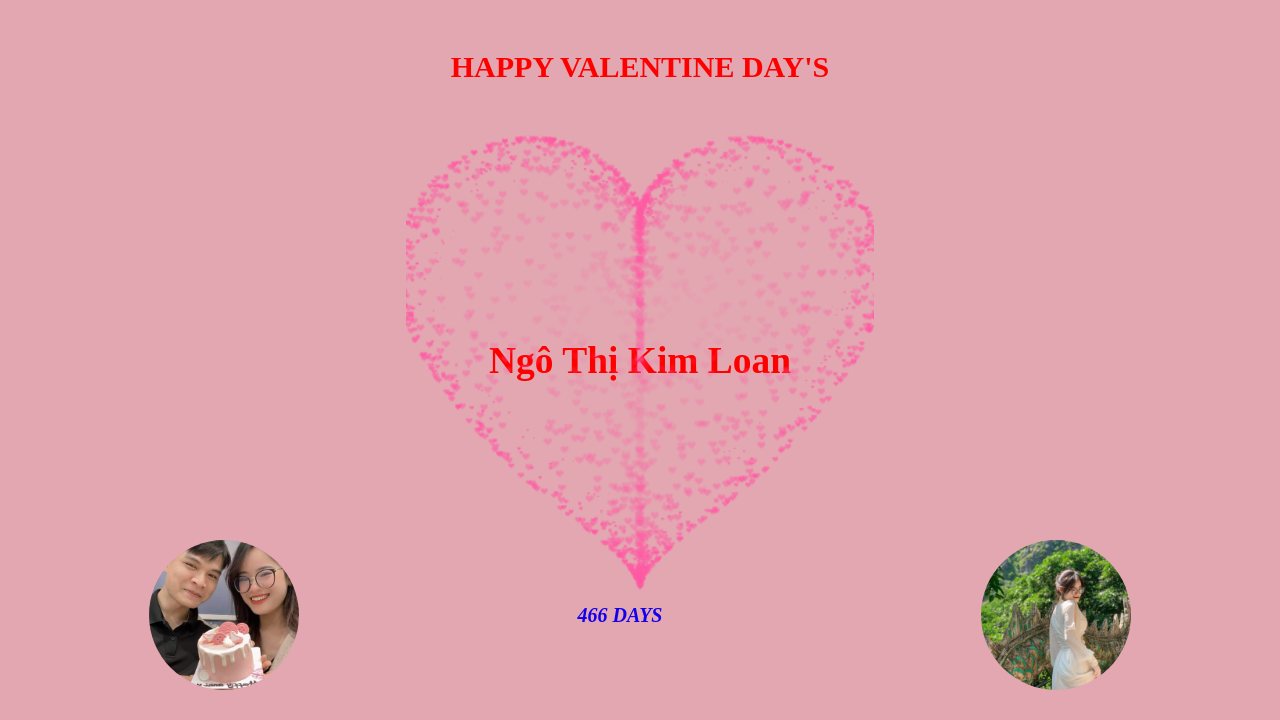
Repository: congbnvn0709/happy-valentine
Page: index.html
An editor plug-in stored every save of this project. The page is shown before and after the next save, followed by the edit.
The browser window is 1280 px wide. The pictures show the whole page.

Above is the page before, as saved 2023-01-30 23:49:20.

### index.html
<!DOCTYPE html PUBLIC "-//W3C//DTD HTML 4.0 Transitional//EN">
<html>
  <head>
    <title>Happy valentine day's</title>
    <meta name="Generator" content="EditPlus" />
    <meta name="Author" content="" />
    <meta name="Keywords" content="" />
    <meta name="Description" content="" />
    <link rel="stylesheet" type="text/css" href="style.css" />
  </head>

  <body>
    <p class="title">HAPPY VALENTINE DAY'S</p>
    <h1>Ngô Thị Kim Loan</h1>

    <div class="box">
      <canvas id="pinkboard"></canvas>
    </div>
    <div class="image">
        <img class="image1" src="./person1.jpg" alt="" srcset="">
        <em class="date">466 DAYS</em>
        <img class="image1" src="./person2.jpg" alt="" srcset="">
    </div>
    <script src="app.js"></script>
  </body>
</html>

### style.css
html,
body {
  height: 100%;
  padding: 0;
  margin: 0;
  background: rgb(227, 167, 177);
  display: flex;
  justify-content: center;
  align-items: center;
}

h1 {
  color: red;
}

.box {
  width: 100%;
  position: absolute;
  top: 50%;
  left: 50%;
  transform: translate(-50%, -50%);
  display: flex;
  flex-direction: column;
}

canvas {
  position: absolute;
  width: 100%;
  height: 100%;
}

#pinkboard {
  position: relative;
  margin: auto;
  height: 400px;
  width: 400px;
  animation: animate 2s infinite;
}

h1 {
  animation: animate 2s infinite;
}

#pinkboard:before,
#pinkboard:after {
  content: "";

  position: absolute;

  background: #ff5ca4;

  width: 100px;

  height: 160px;

  border-top-left-radius: 50px;

  border-top-right-radius: 50px;
}

#pinkboard:before {
  left: 100px;

  transform: rotate(-45deg);

  transform-origin: 0 100%;

  box-shadow: 0 14px 28px rgba(0, 0, 0, 0.25), 0 10px 10px rgba(0, 0, 0, 0.22);
}

#pinkboard:after {
  left: 0;

  transform: rotate(45deg);

  transform-origin: 100% 100%;
}

@keyframes animate {
  0% {
    transform: scale(1);
  }

  30% {
    transform: scale(0.8);
  }

  60% {
    transform: scale(1.2);
  }

  100% {
    transform: scale(1);
  }
}

.title {
  position: absolute;
  top: 20px;
  color: red;
  font-size: 30px;
  font-weight: 700;
}
.image{
    display: flex;
    width: 100%;
    justify-content: space-around;
    position: absolute;
    bottom: 30px;
}
.image1{
    width: 150px;
    height: 150px;
    border-radius: 50%;
    object-fit: cover;
}
.date{
    color: red;
    font-size: 20px;
    font-weight: bold;
    display: flex;
    align-items: center;
    animation: pulse 3s infinite alternate,
               nudge 5s linear infinite alternate;
}

@keyframes pulse {
    0%,100%{
        color: red;
    }
    50%{
        color: blue;
    }
}
@keyframes nudge {
    0%,100%{
        transform: translate(0,0);
    }
    50%{
        transform: translate(20px,0);
    }
    100%{
        transform: translate(-20px,0);
    }
}

### app.js
var settings = {
    particles: {
      length: 2000,
      duration: 3,
      velocity: 100,
      effect: -1,
      size: 8,
    },
  };

  (function () {
    var b = 0;

    var c = ["ms", "moz", "webkit", "o"];

    for (var a = 0; a < c.length && !window.requestAnimationFrame; ++a) {
      window.requestAnimationFrame = window[c[a] + "RequestAnimationFrame"];

      window.cancelAnimationFrame =
        window[c[a] + "CancelAnimationFrame"] ||
        window[c[a] + "CancelRequestAnimationFrame"];
    }

    if (!window.requestAnimationFrame) {
      window.requestAnimationFrame = function (h, e) {
        var d = new Date().getTime();

        var f = Math.max(0, 16 - (d - b));

        var g = window.setTimeout(function () {
          h(d + f);
        }, f);

        b = d + f;

        return g;
      };
    }

    if (!window.cancelAnimationFrame) {
      window.cancelAnimationFrame = function (d) {
        clearTimeout(d);
      };
    }
  })();

  var Point = (function () {
    function Point(x, y) {
      this.x = typeof x !== "undefined" ? x : 0;

      this.y = typeof y !== "undefined" ? y : 0;
    }

    Point.prototype.clone = function () {
      return new Point(this.x, this.y);
    };

    Point.prototype.length = function (length) {
      if (typeof length == "undefined")
        return Math.sqrt(this.x * this.x + this.y * this.y);

      this.normalize();

      this.x *= length;

      this.y *= length;

      return this;
    };

    Point.prototype.normalize = function () {
      var length = this.length();

      this.x /= length;

      this.y /= length;

      return this;
    };

    return Point;
  })();

  var Particle = (function () {
    function Particle() {
      this.position = new Point();

      this.velocity = new Point();

      this.acceleration = new Point();

      this.age = 0;
    }

    Particle.prototype.initialize = function (x, y, dx, dy) {
      this.position.x = x;

      this.position.y = y;

      this.velocity.x = dx;

      this.velocity.y = dy;

      this.acceleration.x = dx * settings.particles.effect;

      this.acceleration.y = dy * settings.particles.effect;

      this.age = 0;
    };

    Particle.prototype.update = function (deltaTime) {
      this.position.x += this.velocity.x * deltaTime;

      this.position.y += this.velocity.y * deltaTime;

      this.velocity.x += this.acceleration.x * deltaTime;

      this.velocity.y += this.acceleration.y * deltaTime;

      this.age += deltaTime;
    };

    Particle.prototype.draw = function (context, image) {
      function ease(t) {
        return --t * t * t + 1;
      }

      var size = image.width * ease(this.age / settings.particles.duration);

      context.globalAlpha = 1 - this.age / settings.particles.duration;

      context.drawImage(
        image,

        this.position.x - size / 2,

        this.position.y - size / 2,

        size,

        size
      );
    };

    return Particle;
  })();

  var ParticlePool = (function () {
    var particles,
      firstActive = 0,
      firstFree = 0,
      duration = settings.particles.duration;

    function ParticlePool(length) {
      particles = new Array(length);

      for (var i = 0; i < particles.length; i++)
        particles[i] = new Particle();
    }

    ParticlePool.prototype.add = function (x, y, dx, dy) {
      particles[firstFree].initialize(x, y, dx, dy);

      firstFree++;

      if (firstFree == particles.length) firstFree = 0;

      if (firstActive == firstFree) firstActive++;

      if (firstActive == particles.length) firstActive = 0;
    };

    ParticlePool.prototype.update = function (deltaTime) {
      var i;

      if (firstActive < firstFree) {
        for (i = firstActive; i < firstFree; i++)
          particles[i].update(deltaTime);
      }

      if (firstFree < firstActive) {
        for (i = firstActive; i < particles.length; i++)
          particles[i].update(deltaTime);

        for (i = 0; i < firstFree; i++) particles[i].update(deltaTime);
      }

      while (
        particles[firstActive].age >= duration &&
        firstActive != firstFree
      ) {
        firstActive++;

        if (firstActive == particles.length) firstActive = 0;
      }
    };

    ParticlePool.prototype.draw = function (context, image) {
      if (firstActive < firstFree) {
        for (i = firstActive; i < firstFree; i++)
          particles[i].draw(context, image);
      }

      if (firstFree < firstActive) {
        for (i = firstActive; i < particles.length; i++)
          particles[i].draw(context, image);

        for (i = 0; i < firstFree; i++) particles[i].draw(context, image);
      }
    };

    return ParticlePool;
  })();

  (function (canvas) {
    var context = canvas.getContext("2d"),
      particles = new ParticlePool(settings.particles.length),
      particleRate =
        settings.particles.length / settings.particles.duration,
      time;

    function pointOnHeart(t) {
      return new Point(
        160 * Math.pow(Math.sin(t), 3),

        130 * Math.cos(t) -
          50 * Math.cos(2 * t) -
          20 * Math.cos(3 * t) -
          10 * Math.cos(4 * t) +
          25
      );
    }

    var image = (function () {
      var canvas = document.createElement("canvas"),
        context = canvas.getContext("2d");

      canvas.width = settings.particles.size;

      canvas.height = settings.particles.size;

      function to(t) {
        var point = pointOnHeart(t);

        point.x =
          settings.particles.size / 2 +
          (point.x * settings.particles.size) / 350;

        point.y =
          settings.particles.size / 2 -
          (point.y * settings.particles.size) / 350;

        return point;
      }

      context.beginPath();

      var t = -Math.PI;

      var point = to(t);

      context.moveTo(point.x, point.y);

      while (t < Math.PI) {
        t += 0.01;

        point = to(t);

        context.lineTo(point.x, point.y);
      }

      context.closePath();

      context.fillStyle = "#FF5CA4";

      context.fill();

      var image = new Image();

      image.src = canvas.toDataURL();

      return image;
    })();

    function render() {
      requestAnimationFrame(render);

      var newTime = new Date().getTime() / 1000,
        deltaTime = newTime - (time || newTime);

      time = newTime;

      context.clearRect(0, 0, canvas.width, canvas.height);

      var amount = particleRate * deltaTime;

      for (var i = 0; i < amount; i++) {
        var pos = pointOnHeart(Math.PI - 2 * Math.PI * Math.random());

        var dir = pos.clone().length(settings.particles.velocity);

        particles.add(
          canvas.width / 2 + pos.x,

          canvas.height / 2 - pos.y,

          dir.x,

          -dir.y
        );
      }

      particles.update(deltaTime);

      particles.draw(context, image);
    }

    function onResize() {
      canvas.width = canvas.clientWidth;

      canvas.height = canvas.clientHeight;
    }

    window.onresize = onResize;

    setTimeout(function () {
      onResize();

      render();
    }, 10);
  })(document.getElementById("pinkboard"));

After the next save:
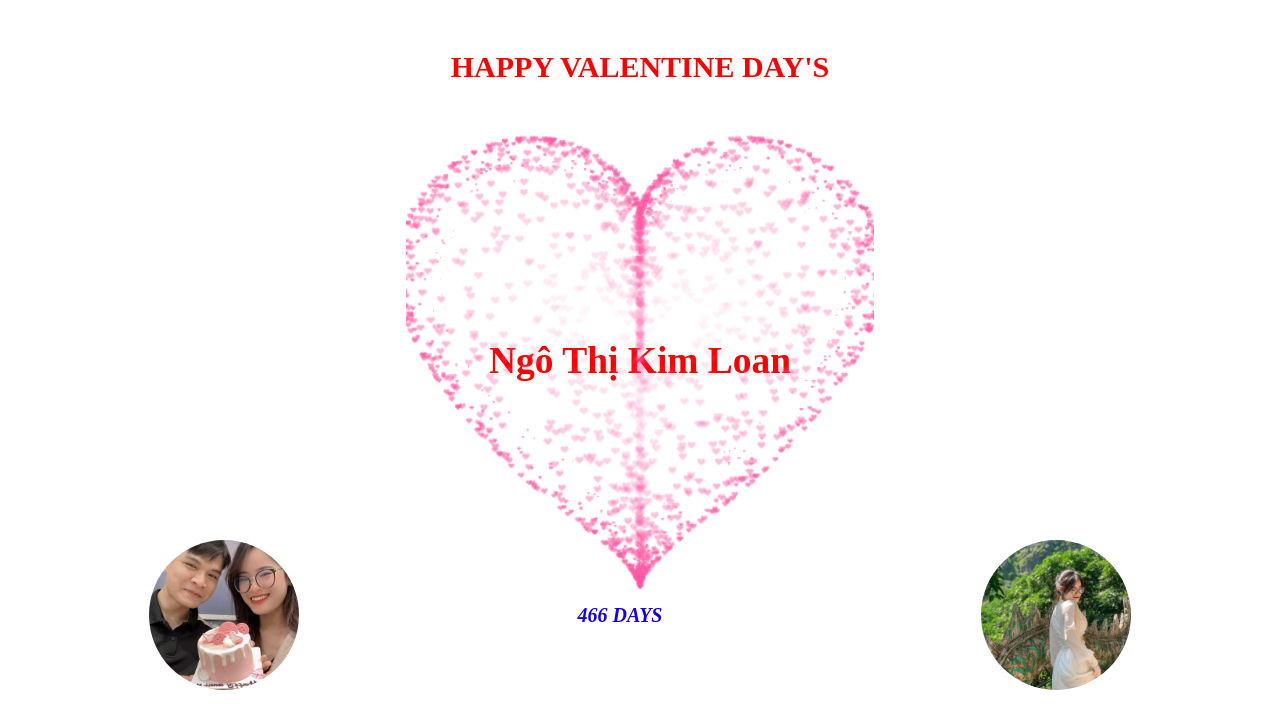
Not found: heart.png
Saved 2 min 23 s later.
--- a/style.css
+++ b/style.css
@@ -7,7 +7,13 @@ body {
   display: flex;
   justify-content: center;
   align-items: center;
+  background: url(heart.png) repeat center;
+  animation: fly 5s linear infinite;
 }
+@keyframes fly {
+    from { background-position: 0 100%; }
+    to { background-position: 0 0; }
+  }
 
 h1 {
   color: red;
